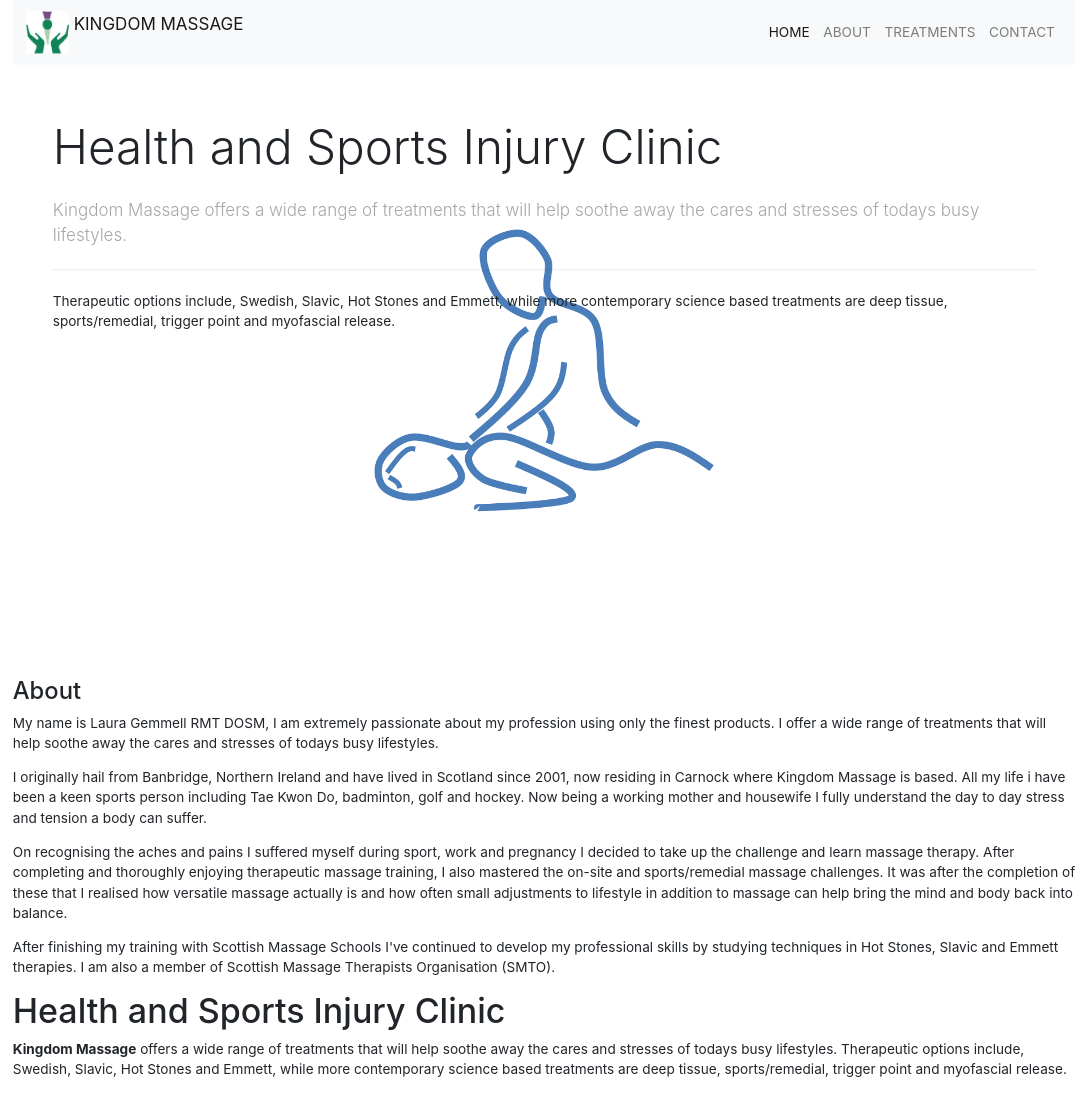
Repository: dalecars/User-Centric-Frontend-Development-Milestone-Project
Page: index.html
The author's editor kept a record of every edit. The page is drawn from the files as they stood at one moment, then again after the next edit.
The browser window is 1280 px wide. The pictures show the whole page, at 85% of full size.
Backgrounds fixed to the window are drawn as part of the page.

Above is the page before.

### index.html
<!DOCTYPE html>
<html lang="en">
<head>
    <meta charset="UTF-8">
    <meta name="viewport" content="width=device-width, initial-scale=1.0">
    <meta http-equiv="X-UA-Compatible" content="ie=edge">
    <link rel="stylesheet" href="https://maxcdn.bootstrapcdn.com/bootstrap/4.1.3/css/bootstrap.min.css">
    <link rel="stylesheet" href="assets/css/style.css" type="text/css" />
    <title>Kingdom Massage</title>
</head>
<body>

<!-- ########### Header ########### -->

    <header class="container-fluid">
        <nav class="navbar navbar-expand-lg navbar-light bg-light navbar-fixed-top">
            <a class="navbar-brand" href="#">
                <img src="assets/images/logo.jpg" width="50" height="50" class="d-inline-block align-top" alt="logo">
                Kingdom Massage
            </a>


            <button class="navbar-toggler" type="button" data-toggle="collapse" data-target="#navbarNavDropdown" aria-controls="navbarNavDropdown" aria-expanded="false" aria-label="Toggle navigation">
                <span class="navbar-toggler-icon"></span>
            </button>

            <div class="collapse navbar-collapse" id="navbarNavDropdown">
                <div class="navbar-nav ml-auto">
                    <a class="nav-item nav-link active" href="#">Home <span class="sr-only">(current)</span></a>
                    <a class="nav-item nav-link" href="#">About</a>
                    <a class="nav-item nav-link" href="#">Treatments</a>
                    <a class="nav-item nav-link" href="#">Contact</a>
                </div>
            </div>
        </nav>

        <div class="container-fluid top-container">
            <div class="jumbotron">
                <h1 class="display-4">Health and Sports Injury Clinic</h1>
                <p class="lead">Kingdom Massage offers a wide range of treatments that will help soothe away the cares and stresses of todays busy lifestyles.</p>
                <hr class="my-4">
                <p>Therapeutic options include, Swedish, Slavic, Hot Stones and Emmett, while more contemporary science based treatments are deep tissue, sports/remedial, trigger point and myofascial release.</p>
            </div>
        </div>
     </header>

<!-- ########### About section ########### -->

    <section id="about">
        <div class="container-fluid about-container">
            <h3>About</h3>
            <p>My name is Laura Gemmell RMT DOSM, I am extremely passionate about my profession using only the finest products. I offer a wide range of treatments
            that will help soothe away the cares and stresses of todays busy lifestyles.</p>

            <p>I originally hail from Banbridge, Northern Ireland and have lived in Scotland since 2001, now residing in Carnock where Kingdom Massage is based.
            All my life i have been a keen sports person including Tae Kwon Do, badminton, golf and hockey. Now being a working mother and housewife I fully
            understand the day to day stress and tension a body can suffer.</p>

            <p>On recognising the aches and pains I suffered myself during sport, work and pregnancy I decided to take up the challenge and learn massage therapy.
            After completing and thoroughly enjoying therapeutic massage training, I also mastered the on-site and sports/remedial massage challenges. It was after
            the completion of these that I realised how versatile massage actually is and how often small adjustments to lifestyle in addition to massage can help
            bring the mind and body back into balance.</p>

            <p>After finishing my training with Scottish Massage Schools I've continued to develop my professional skills by studying techniques in Hot Stones,
            Slavic and Emmett therapies. I am also a member of Scottish Massage Therapists Organisation (SMTO).</p>
        </div>
    </section>


 <!-- ########### Treatmeant section ########### -->

     <section id="treatments">
        <div class="container-fluid about-container">
                <div class="title">
                    <h1>Health and Sports Injury Clinic</h3>
                </div>
                <div class="description">
                    <p><Strong>Kingdom Massage</strong> offers a wide range of treatments that will help soothe away the cares and stresses of todays busy
                    lifestyles. Therapeutic options include, Swedish, Slavic, Hot Stones and Emmett, while more contemporary science based treatments are deep tissue,
                    sports/remedial, trigger point and myofascial release.</p>
                </div>
        </div>
    </section>


  <!-- ########### Footer ########### -->

    <footer>
        <script src="https://code.jquery.com/jquery-3.3.1.slim.min.js" integrity="sha384-q8i/X+965DzO0rT7abK41JStQIAqVgRVzpbzo5smXKp4YfRvH+8abtTE1Pi6jizo" crossorigin="anonymous"></script>
        <script src="https://cdnjs.cloudflare.com/ajax/libs/popper.js/1.14.7/umd/popper.min.js" integrity="sha384-UO2eT0CpHqdSJQ6hJty5KVphtPhzWj9WO1clHTMGa3JDZwrnQq4sF86dIHNDz0W1" crossorigin="anonymous"></script>
        <script src="https://stackpath.bootstrapcdn.com/bootstrap/4.3.1/js/bootstrap.min.js" integrity="sha384-JjSmVgyd0p3pXB1rRibZUAYoIIy6OrQ6VrjIEaFf/nJGzIxFDsf4x0xIM+B07jRM" crossorigin="anonymous"></script>
    </footer>

 </body>
</html>

### assets/css/style.css
body {
    margin: 0px;
    padding: 0px;
}

/******************* navbar *******************/

.navbar {
    background: none;
    text-transform: uppercase;
}

.navbar-nav {
    text-align: right;
}


/******************* jumbotron *******************/

.jumbotron {
    background-color: transparent;
}

.jumbotron-header {
    color: white;
    font-weight: bold;
    margin-bottom: 30px;
}

.jumbotron small {
    font-size: 60%;
    font-style: italic;
    color: #d0d0d0;
}

.jumbotron .lead {
    margin: 25px 0;
    color: #a7a7a7;
}








.top-container {
    height: 100vh;
    background: url("../images/massage-background.png") no-repeat center center fixed;
    -webkit-background-size: cover;
    -moz-background-size: cover;
    -o-background-size: cover;
    background-size: cover;
}

.title-container {
    background-color: transparent;
}

.title {

}

.description {

}

After the next edit:
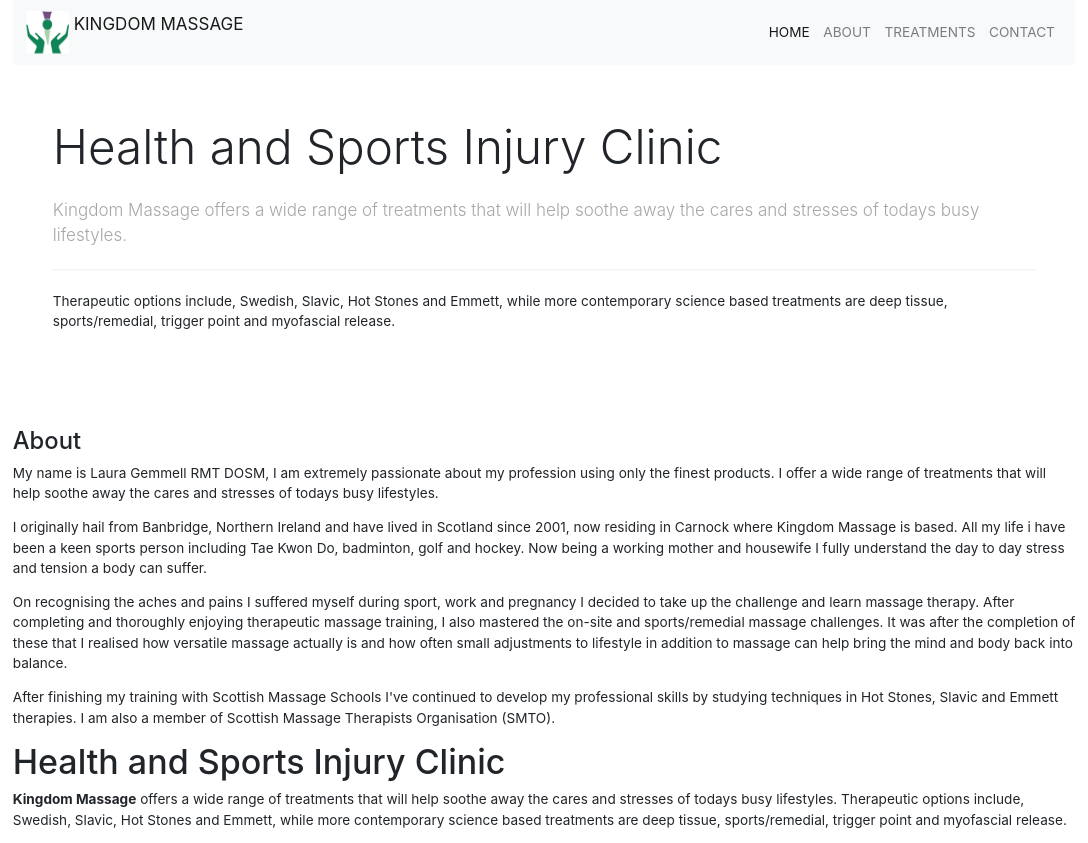
The edit:
--- a/assets/css/style.css
+++ b/assets/css/style.css
@@ -45,14 +45,7 @@
 
 
 
-.top-container {
-    height: 100vh;
-    background: url("../images/massage-background.png") no-repeat center center fixed;
-    -webkit-background-size: cover;
-    -moz-background-size: cover;
-    -o-background-size: cover;
-    background-size: cover;
-}
+
 
 .title-container {
     background-color: transparent;

After the edit that followed:
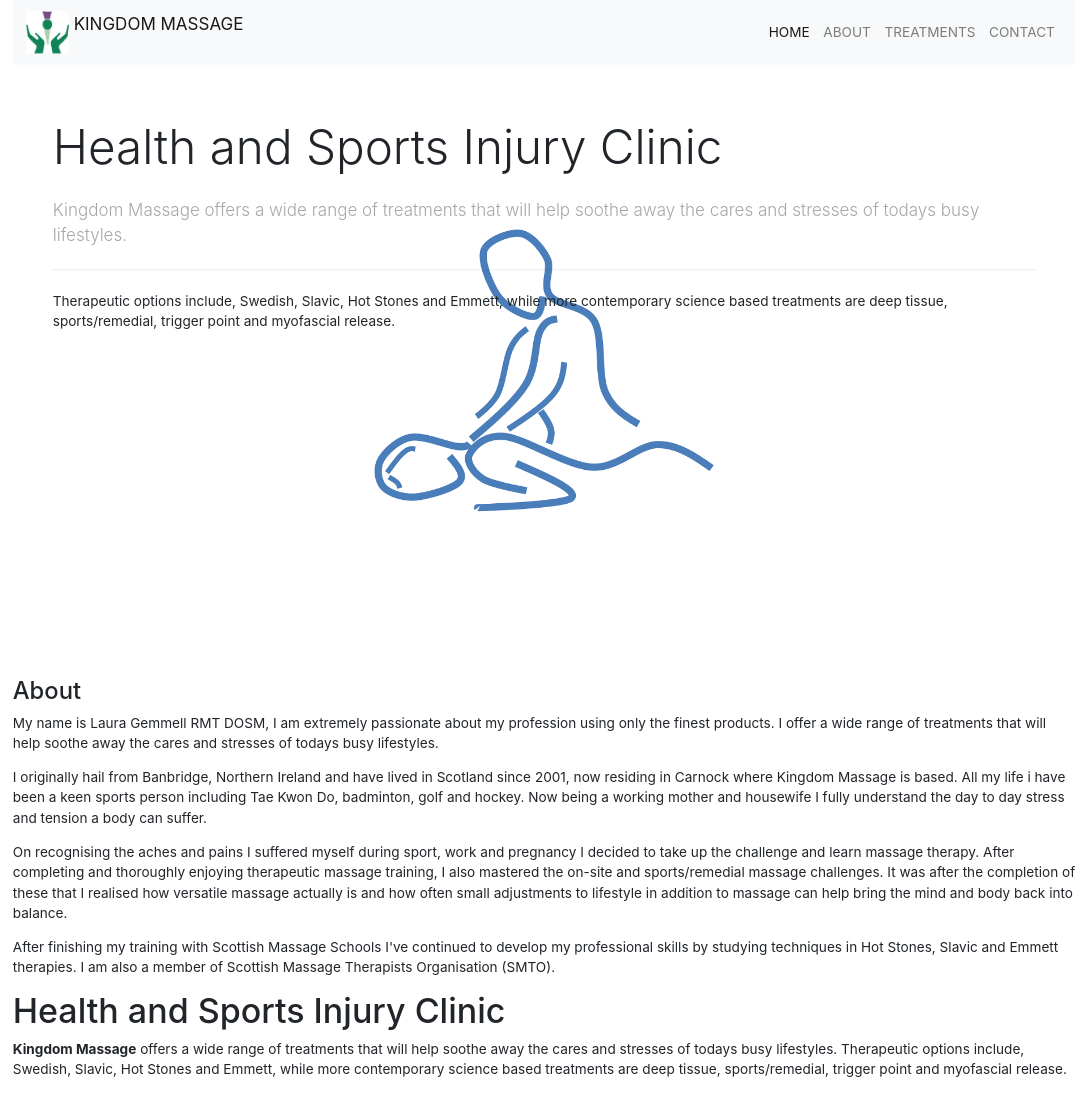
The edit:
--- a/assets/css/style.css
+++ b/assets/css/style.css
@@ -16,6 +16,15 @@
 
 
 /******************* jumbotron *******************/
+
+.top-container {
+    height: 100vh;
+    background: url("../images/massage-background.png") no-repeat center center fixed;
+    -webkit-background-size: cover;
+    -moz-background-size: cover;
+    -o-background-size: cover;
+    background-size: cover;
+}
 
 .jumbotron {
     background-color: transparent;
